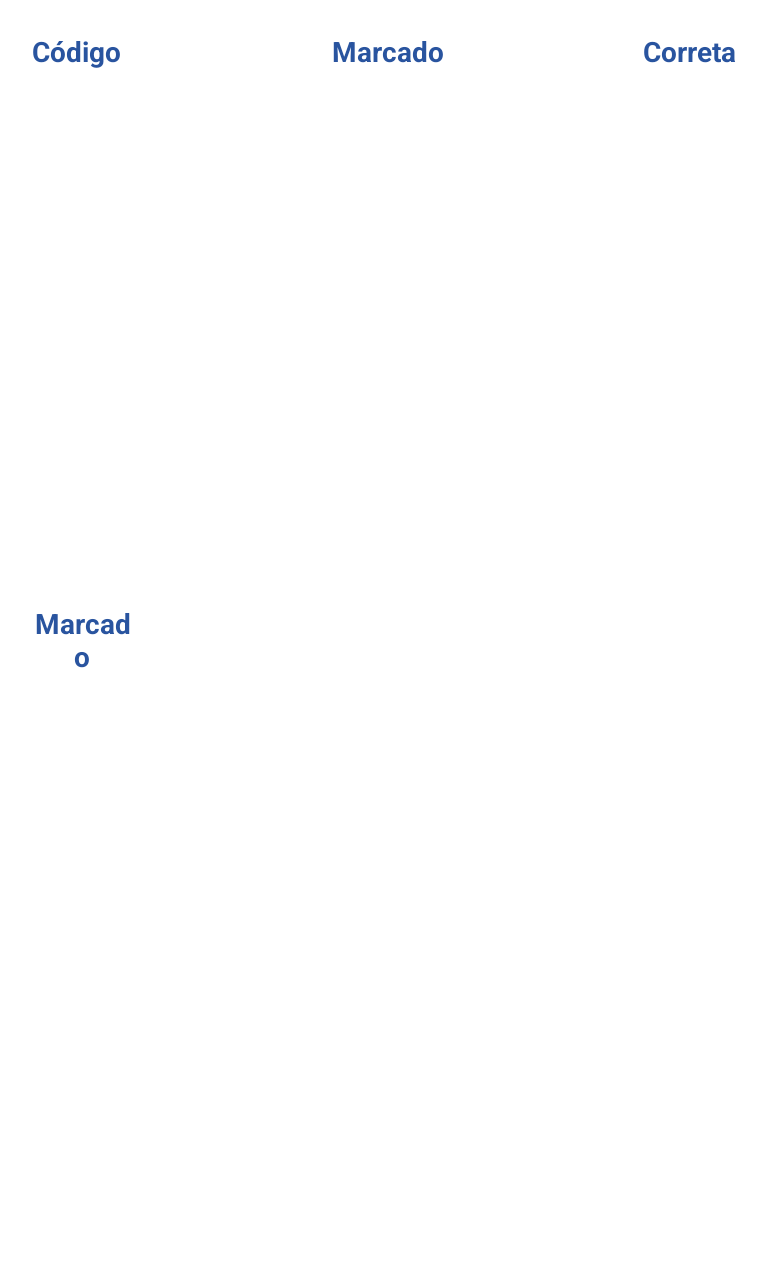
Repository: lmqs/ProjetoDisciplinaTopicos
Layout: TopicosProjetoAndroid/res/layout/activity_resultado_prova.xml
These files come from the project's save history. The layout is drawn as it stood at one moment and after the next save; the edit follows.
It is drawn on a 768 x 1280 px phone screen (xhdpi) without system bars, with theme AppTheme; the app's code is not run. Lists and similar views that code fills are empty.

Above is the layout before, as saved 2014-05-04 04:57:16.

After the next save:
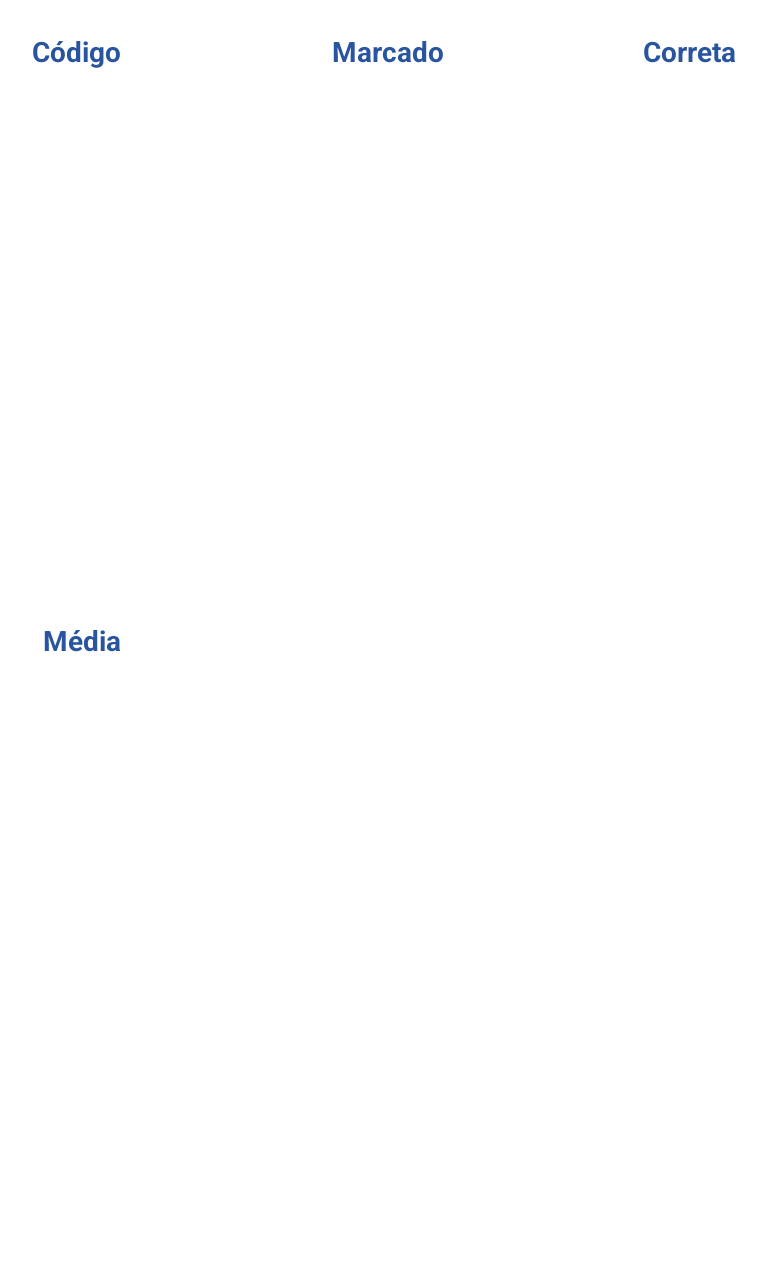
Saved 7 s later.
--- a/TopicosProjetoAndroid/res/layout/activity_resultado_prova.xml
+++ b/TopicosProjetoAndroid/res/layout/activity_resultado_prova.xml
@@ -14,7 +14,7 @@
         android:layout_height="match_parent"
         android:drawablePadding="6dp"
         android:gravity="center"
-        android:text="@string/lblMarcado"
+        android:text="Média"
         android:textColor="#ff29549f"
         android:textSize="14sp"
         android:textStyle="bold" />
